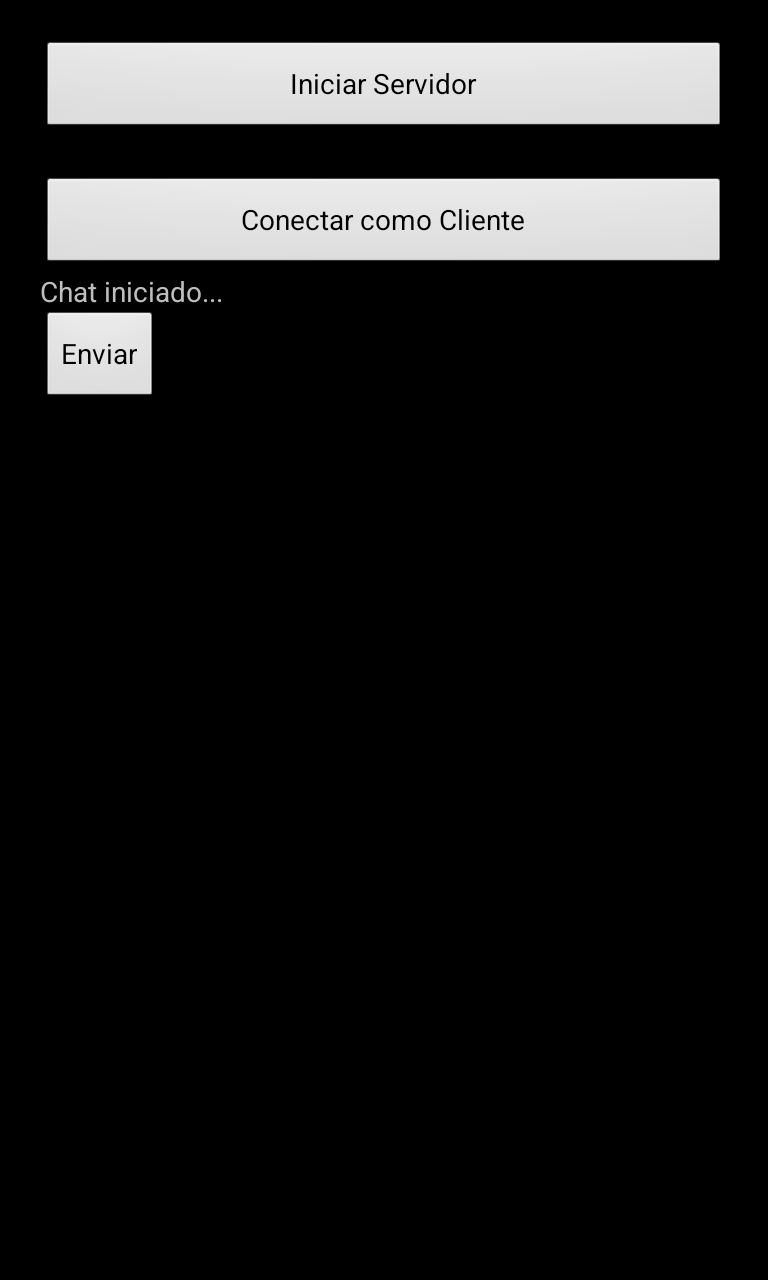
Repository: JoelmirMoura/AppMensagem
Layout: Mensagem/res/layout/main.xml
An editor plug-in stored every save of this project. The layout is shown before and after the next save, followed by the edit.
It is drawn on a 768 x 1280 px phone screen (xhdpi) without system bars, with theme android:Theme; the app's code is not run.

Above is the layout before, as saved 2026-04-24 13:43:14.

### Mensagem/res/layout/main.xml
<?xml version="1.0" encoding="utf-8"?>
<LinearLayout xmlns:android="http://schemas.android.com/apk/res/android"
    android:orientation="vertical"
    android:padding="20dp"
    android:layout_width="fill_parent"
    android:layout_height="fill_parent">

    <Button
        android:id="@+id/btnServidor"
        android:layout_width="fill_parent"
        android:layout_height="wrap_content"
        android:text="Iniciar Servidor" />

    <Button
        android:id="@+id/btnCliente"
        android:layout_width="fill_parent"
        android:layout_height="wrap_content"
        android:text="Conectar como Cliente"
        android:layout_marginTop="20dp" />
    <TextView
    android:id="@+id/txtChat"
    android:layout_width="fill_parent"
    android:layout_height="wrap_content"
    android:text="Chat iniciado..." />

    <Button
    android:id="@+id/btnEnviar"
    android:layout_width="wrap_content"
    android:layout_height="wrap_content"
    android:text="Enviar"/>

</LinearLayout>

After the next save:
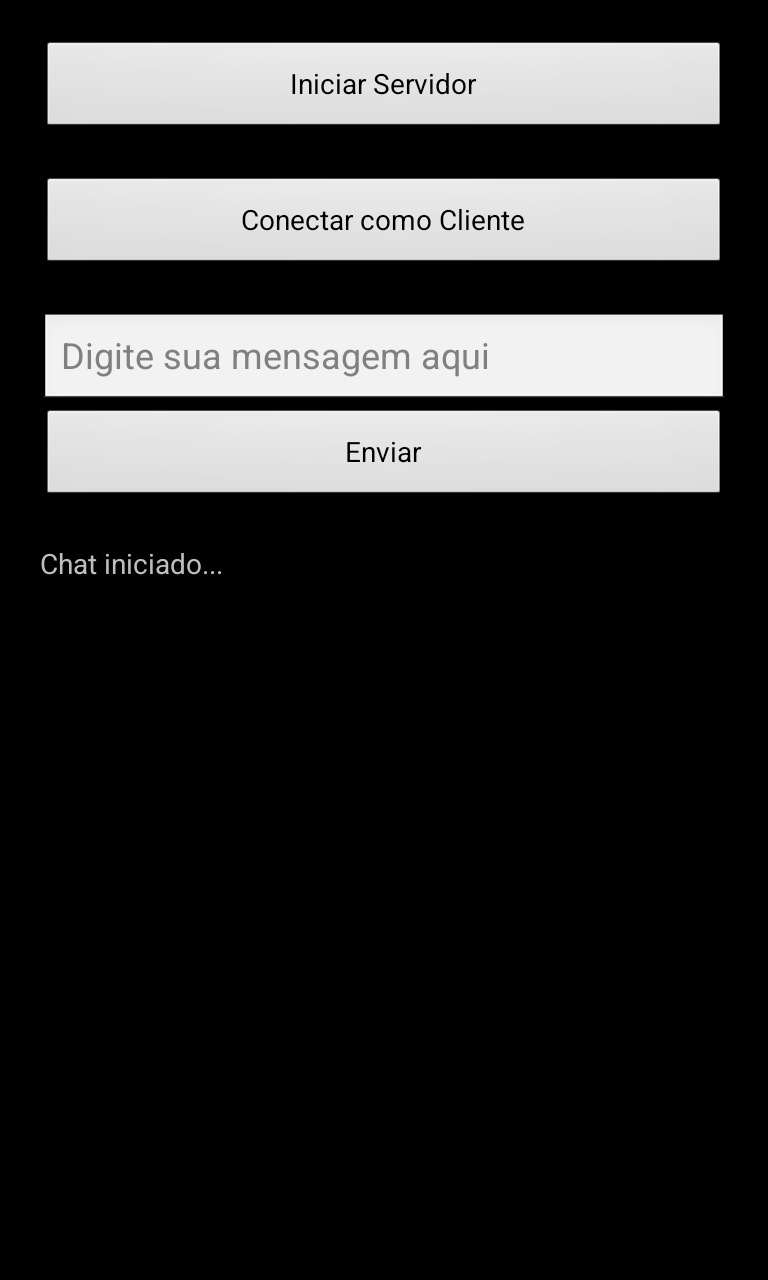
Saved 29 s later.
--- a/Mensagem/res/layout/main.xml
+++ b/Mensagem/res/layout/main.xml
@@ -1,4 +1,3 @@
-<?xml version="1.0" encoding="utf-8"?>
 <LinearLayout xmlns:android="http://schemas.android.com/apk/res/android"
     android:orientation="vertical"
     android:padding="20dp"
@@ -17,16 +16,26 @@
         android:layout_height="wrap_content"
         android:text="Conectar como Cliente"
         android:layout_marginTop="20dp" />
-    <TextView
-    android:id="@+id/txtChat"
-    android:layout_width="fill_parent"
-    android:layout_height="wrap_content"
-    android:text="Chat iniciado..." />
+
+    <!-- 👇 NOVO CAMPO PARA DIGITAR -->
+    <EditText
+        android:id="@+id/editMensagem"
+        android:layout_width="fill_parent"
+        android:layout_height="wrap_content"
+        android:hint="Digite sua mensagem aqui"
+        android:layout_marginTop="20dp" />
 
     <Button
-    android:id="@+id/btnEnviar"
-    android:layout_width="wrap_content"
-    android:layout_height="wrap_content"
-    android:text="Enviar"/>
+        android:id="@+id/btnEnviar"
+        android:layout_width="fill_parent"
+        android:layout_height="wrap_content"
+        android:text="Enviar" />
+
+    <TextView
+        android:id="@+id/txtChat"
+        android:layout_width="fill_parent"
+        android:layout_height="wrap_content"
+        android:text="Chat iniciado..."
+        android:layout_marginTop="20dp" />
 
 </LinearLayout>
